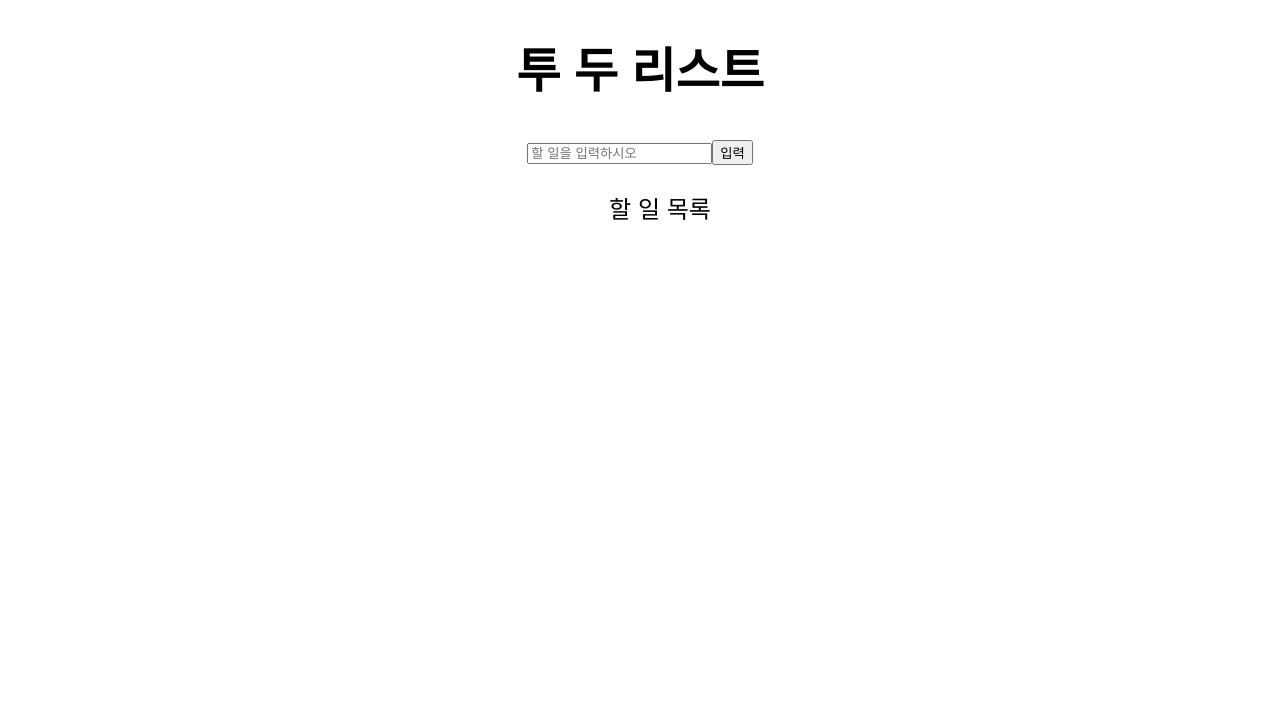
Repository: jun01270/Todo-List_React
Page: /, after clicking the first element matching `button`
These files come from the project's save history. The page is drawn as it stood at one moment and after the next save; the edit follows.
The browser window is 1280 px wide. The pictures show the whole page.
The project was rebuilt for these pictures with package versions that can differ from the ones it lists, and the page was loaded fresh each time.

Above is the page before, as saved 2023-01-02 17:20:56.

### public/index.html
<!DOCTYPE html>
<html lang="en">
  <head>
    <meta charset="utf-8" />
    <link rel="preconnect" href="https://fonts.googleapis.com" />
    <link rel="preconnect" href="https://fonts.gstatic.com" crossorigin />
    <link
      href="https://fonts.googleapis.com/css2?family=Nanum+Pen+Script&display=swap"
      rel="stylesheet"
    />
    <meta name="viewport" content="width=device-width, initial-scale=1" />
    <meta name="theme-color" content="#000000" />
    <meta
      name="description"
      content="Web site created using create-react-app"
    />
    <link rel="apple-touch-icon" href="%PUBLIC_URL%/logo192.png" />
    <!--
      manifest.json provides metadata used when your web app is installed on a
      user's mobile device or desktop. See https://developers.google.com/web/fundamentals/web-app-manifest/
    -->
    <link rel="manifest" href="%PUBLIC_URL%/manifest.json" />
    <!--
      Notice the use of %PUBLIC_URL% in the tags above.
      It will be replaced with the URL of the `public` folder during the build.
      Only files inside the `public` folder can be referenced from the HTML.

      Unlike "/favicon.ico" or "favicon.ico", "%PUBLIC_URL%/favicon.ico" will
      work correctly both with client-side routing and a non-root public URL.
      Learn how to configure a non-root public URL by running `npm run build`.
    -->
    <title>React App</title>
  </head>
  <body>
    <noscript>You need to enable JavaScript to run this app.</noscript>
    <div id="root"></div>
    <!--
      This HTML file is a template.
      If you open it directly in the browser, you will see an empty page.

      You can add webfonts, meta tags, or analytics to this file.
      The build step will place the bundled scripts into the <body> tag.

      To begin the development, run `npm start` or `yarn start`.
      To create a production bundle, use `npm run build` or `yarn build`.
    -->
  </body>
</html>

### src/App.js
import "./App.css";
import Todo from "./todo";

function App() {
  return (
    <>
      <Todo />
    </>
  );
}

export default App;

### src/App.css
#todo {
  font-family: "Nanum Pen Script", cursive;
  font-size: x-large;
  display: flex;
  justify-content: center;
  text-align: center;
  flex-direction: column;
}

.todo-Form {
}

.todo-title {
}

.todo-items {
  margin-top: 20px;
  width: 500px;
  height: 500px;
  border: 1px solid lightblue;
}

### src/todo.js
import { useState } from "react";
import "./App.css";

function Todo() {
  return (
    <div id="todo">
      <h1>투 두 리스트</h1>
      <div>
        <input type="text" placeholder="할 일을 입력하시오"></input>
        <button>입력</button>
      </div>
      <div>
        <ul>할 일 목록</ul>
      </div>
    </div>
  );
}

export default Todo;

Loaded but not shown: src/index.js (common file); src/index.css (common file); src/reportWebVitals.js (common file)

After the next save:
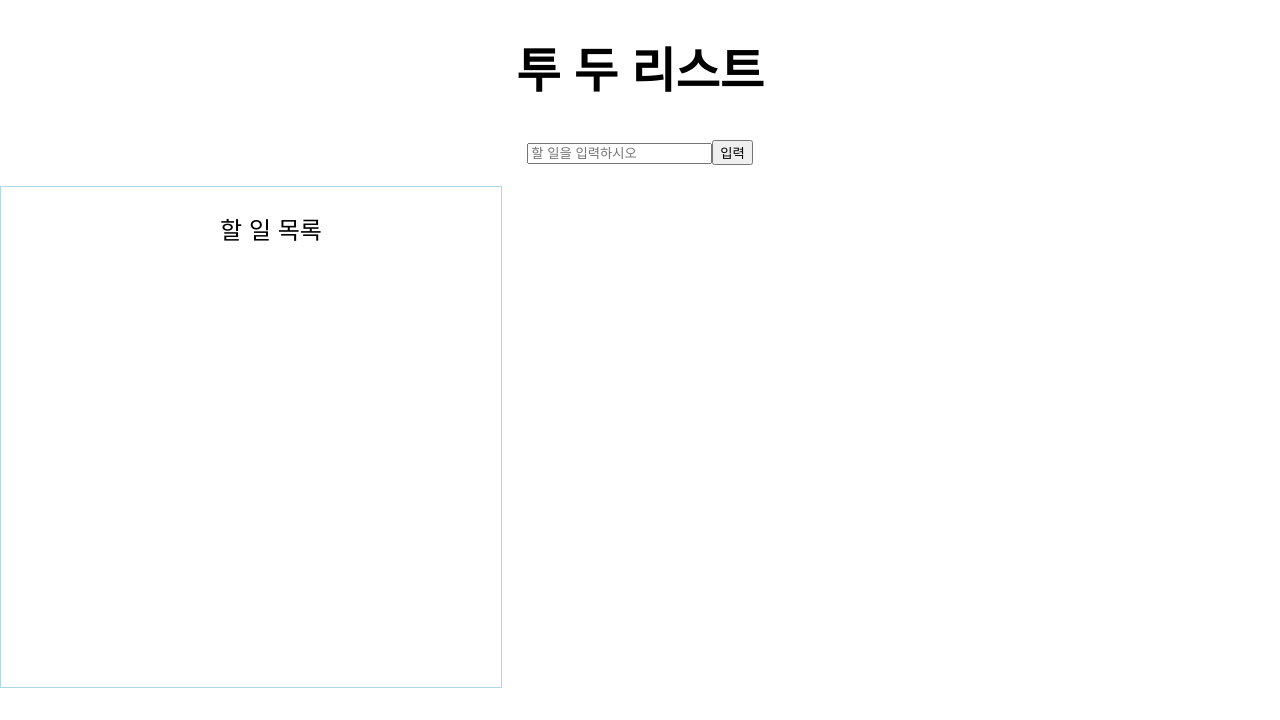
Saved 25 s later.
--- a/src/todo.js
+++ b/src/todo.js
@@ -9,7 +9,7 @@ function Todo() {
         <input type="text" placeholder="할 일을 입력하시오"></input>
         <button>입력</button>
       </div>
-      <div>
+      <div className="todo-items">
         <ul>할 일 목록</ul>
       </div>
     </div>
